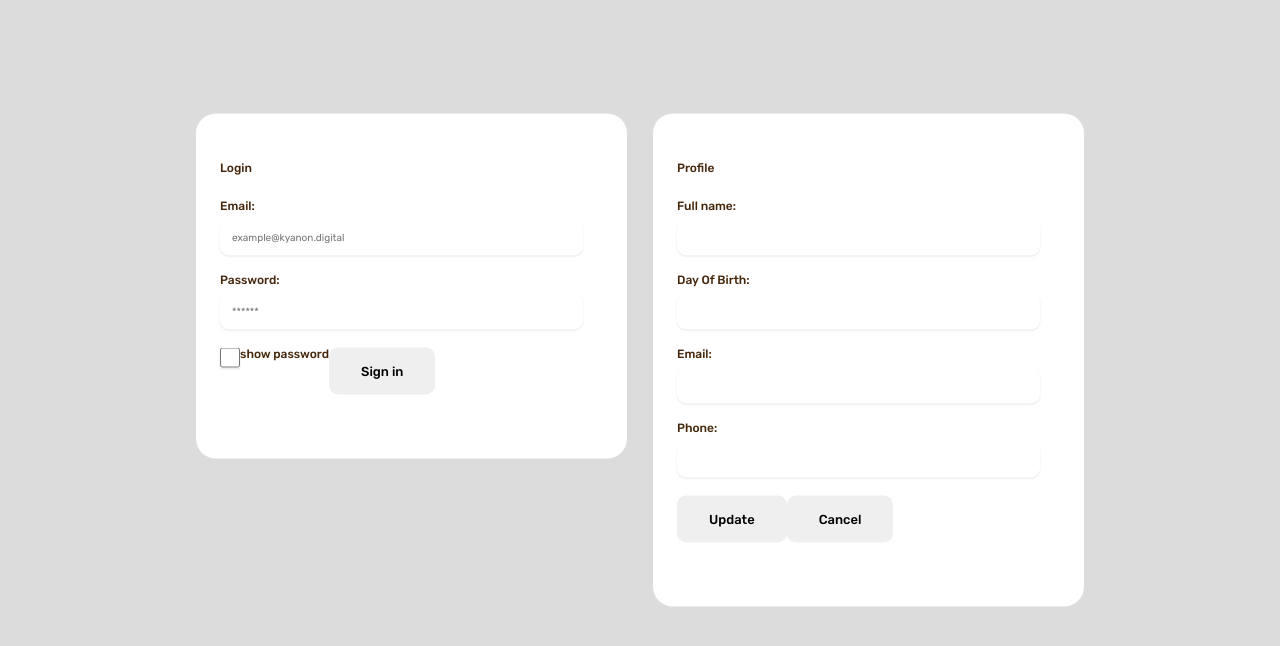
Repository: lethetiem/demon-test
Page: /
An editor plug-in stored every save of this project. The page is shown before and after the next save, followed by the edit.
The browser window is 1280 px wide. The pictures show the whole page.
The project was rebuilt for these pictures with package versions that can differ from the ones it lists, and the page was loaded fresh each time.

Above is the page before, as saved 2023-03-15 14:14:57.

After the next save:
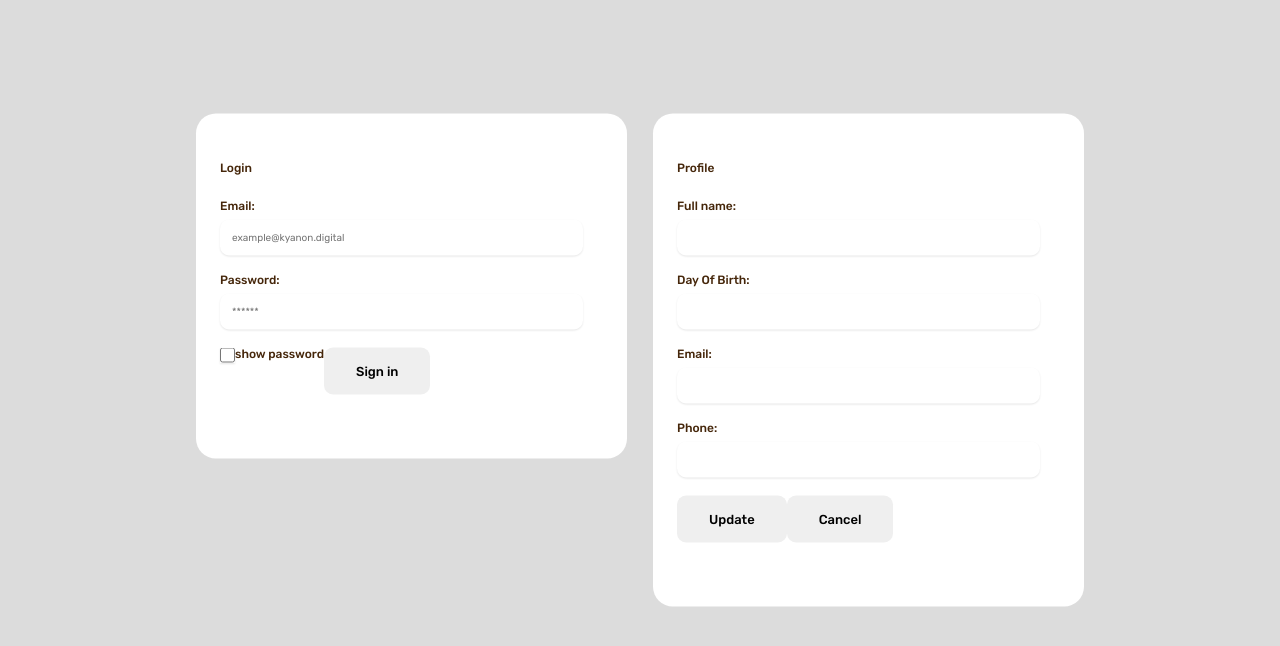
Saved 8 s later.
--- a/src/components/Login/login.css
+++ b/src/components/Login/login.css
@@ -3,8 +3,8 @@
   padding-bottom: 2.4rem;
 }
 .checkbox-input {
-  width: 20px !important;
-  height: 20px !important;
+  width: 15px !important;
+  height: 15px !important;
 }
 .password-checkbox {
   display: flex;
